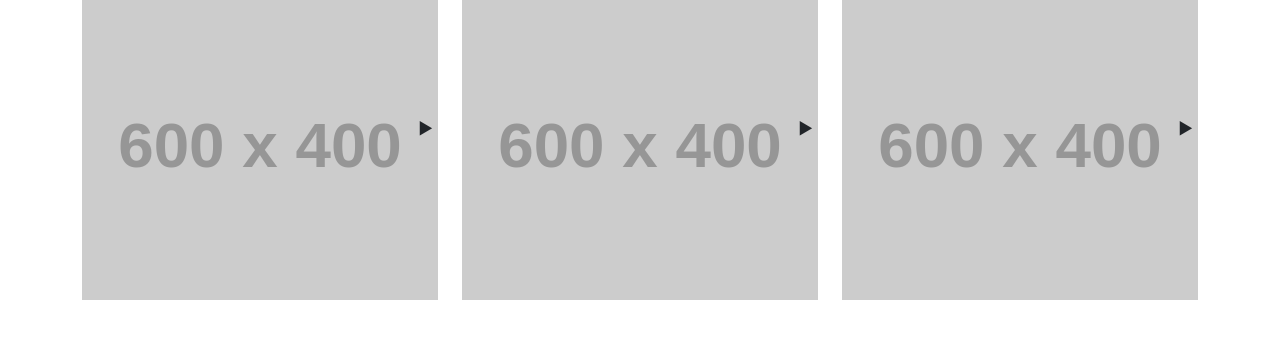
Repository: fbansept/ran4_24
Page: index.html
The author's editor kept a copy of each file at every save. The page is drawn from the files as they stood at one save, then again after a run of saves.
The browser window is 1280 px wide. The pictures show the whole page.

Above is the page before, as saved 2024-10-14 11:24:29.

After the next 2 saves:
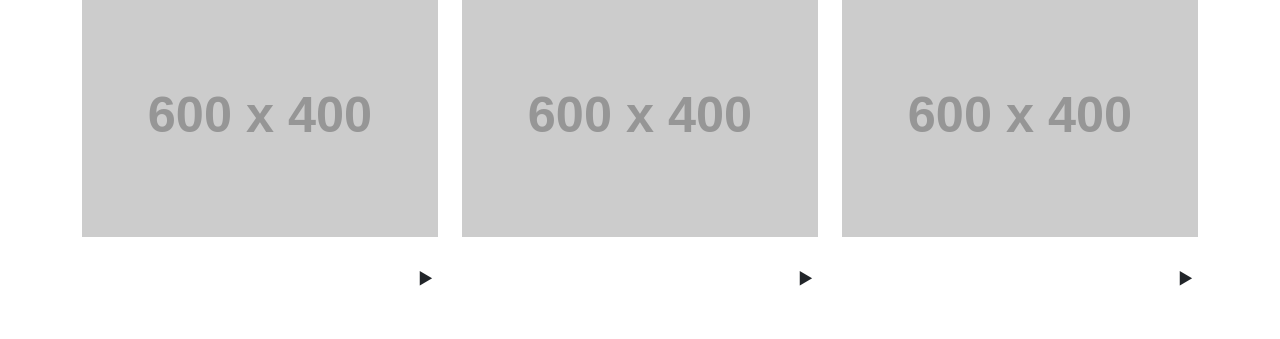
The 2 saves are shown as one change because they came seconds apart.
The last was saved 20 s later.
--- a/style.css
+++ b/style.css
@@ -1,12 +1,11 @@
 .container > .row > article > div {
   position: relative;
   width: 100%;
-  height: 150px;
+  height: 300px;
 }
 
 .container > .row > article > div > img {
   width: 100%;
-  height: 300px;
   object-fit: cover;
 }
 
